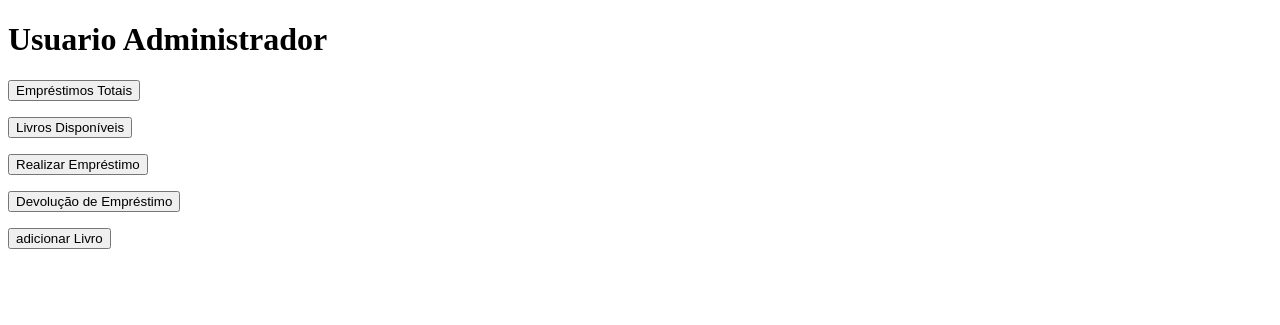
Repository: lmsmorais/ProjectEpiousion
Page: http://localhost/LibraryProject/jsp/usuarioAdmin.jsp
These files come from the project's save history. The page is drawn as it stood at one moment and after the next save; the edit follows.
The browser window is 1280 px wide. The pictures show the whole page.
The page is served by Tomcat 9.

Above is the page before, as saved 2020-11-09 20:03:26.

After the next save:
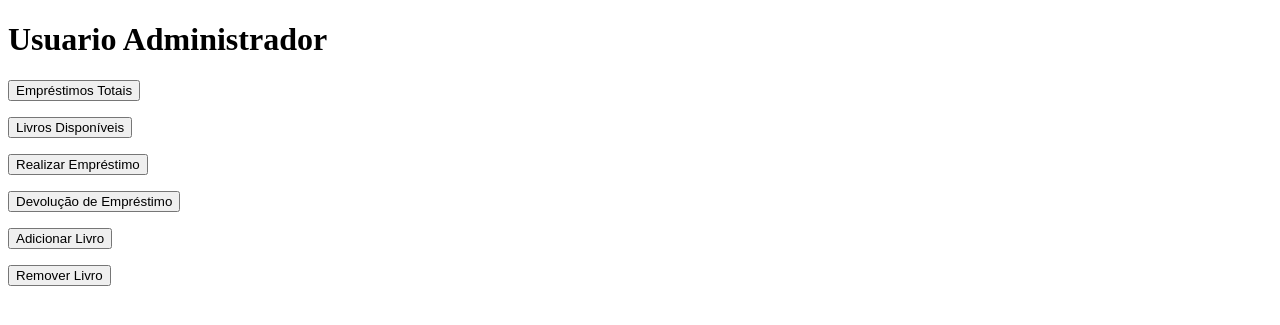
Saved 35 s later.
--- a/LibraryProject/WebContent/jsp/usuarioAdmin.jsp
+++ b/LibraryProject/WebContent/jsp/usuarioAdmin.jsp
@@ -17,7 +17,9 @@
 	<p>
 	<A HREF='${pageContext.request.contextPath}/jsp/Devolucao.jsp'><button>Devolução de Empréstimo</button></A>
 	<p>
-	<A HREF='${pageContext.request.contextPath}/jsp/\adicionarLivro.jsp'><button>adicionar Livro</button></A>
+	<A HREF='${pageContext.request.contextPath}/jsp/adicionarLivro.jsp'><button>Adicionar Livro</button></A>
+	<p>
+	<A HREF='${pageContext.request.contextPath}/jsp/removerLivro.jsp'><button>Remover Livro</button></A>
 
 
 </body>
